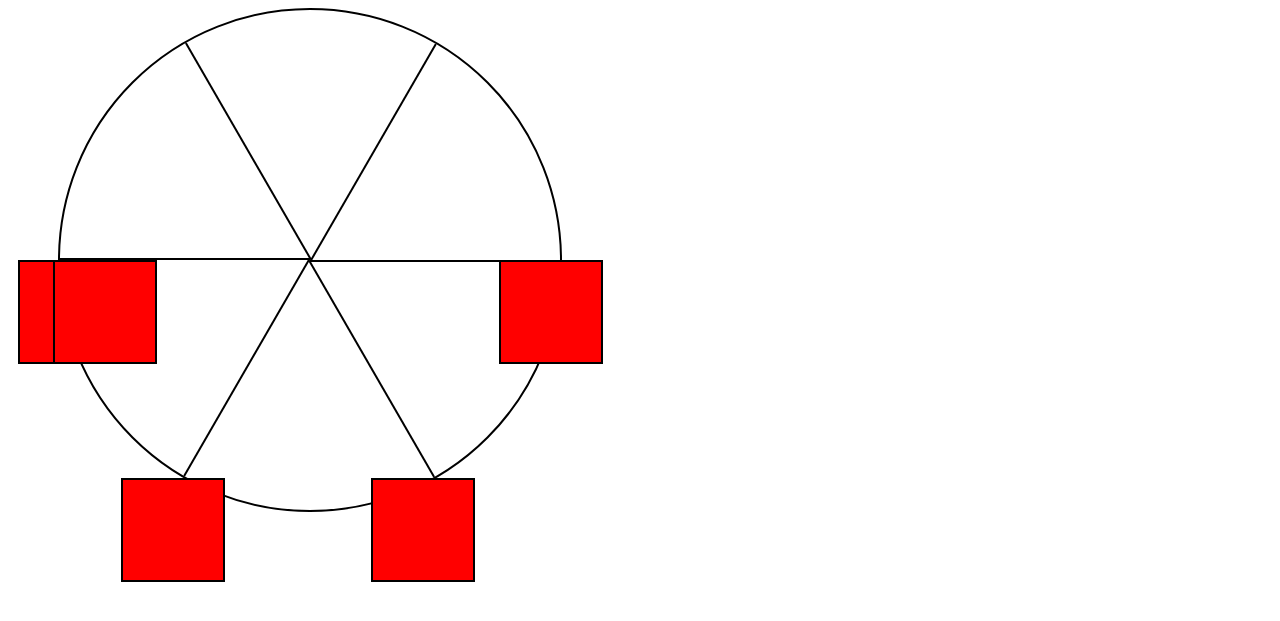
Repository: Lungdjos/ferris_wheel
Page: index.html
An editor plug-in stored every save of this project. The page is shown before and after a run of saves, followed by the edit.
The browser window is 1280 px wide. The pictures show the whole page.

Above is the page before, as saved 2024-01-11 09:21:49.

### index.html
<!DOCTYPE html>
<html lang="en">

<head>
    <meta charset="UTF-8">
    <meta name="viewport" content="width=device-width, initial-scale=1.0">
    <title>Ferris Wheel</title>
    <link rel="stylesheet" href="./styles.css">
</head>

<body>
    <div class="wheel">
        <span class="line"></span>
        <span class="line"></span>
        <span class="line"></span>
        <span class="line"></span>
        <span class="line"></span>
        <span class="line"></span>
        <div class="cabin"></div>
        <div class="cabin"></div>
        <div class="cabin"></div>
        <div class="cabin"></div>
        <div class="cabin"></div>
        <div class="cabin"></div>
    </div>

</body>

</html>

### styles.css
/* styling for the wheel */

.wheel {
    border: 2px solid black;
    border-radius: 50%;
    margin-left: 50px;
    position: absolute;
    height: 55vw;
    width: 55vw;
    max-width: 500px;
    max-height: 500px;
}


/* styling for the line */

.line {
    background-color: black;
    height: 2px;
    width: 50%;
    top: 50%;
    left: 50%;
    position: absolute;
    transform-origin: 0% 0%;
}

.line:nth-of-type(2) {
    transform: rotate(60deg);
}

.line:nth-of-type(3) {
    transform: rotate(120deg);
}

.line:nth-of-type(4) {
    transform: rotate(180deg);
}

.line:nth-of-type(5) {
    transform: rotate(240deg);
}

.line:nth-of-type(6) {
    transform: rotate(-60deg);
}


/* styling for the cabin */

.cabin {
    background-color: red;
    width: 20%;
    height: 20%;
    border: 2px solid;
    position: absolute;
    transform-origin: 50% 0%;
}

.cabin:nth-of-type(1) {
    right: -8.5%;
    top: 50%;
}

.cabin:nth-of-type(2) {
    right: 17%;
    top: 93.5%;
}

.cabin:nth-of-type(3) {
    right: 67%;
    top: 93.5%;
}

.cabin:nth-of-type(4) {
    left: -8.5%;
    top: 50%;
}

.cabin:nth-of-type(5) {
    left: -8.5%;
    top: 50%;
}

.cabin:nth-of-type(6) {
    left: -1.5%;
    top: 50%;
}

After the next 2 saves:
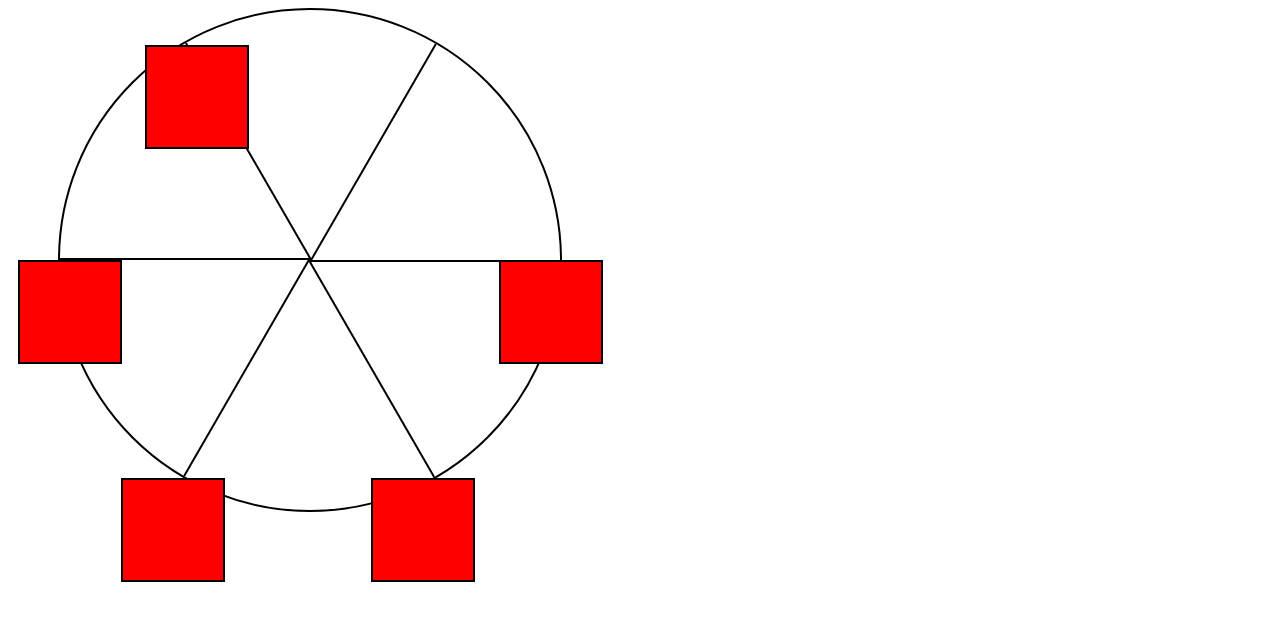
The 2 saves are shown as one change because they came seconds apart.
The last was saved 12 s later.
--- a/styles.css
+++ b/styles.css
@@ -82,6 +82,6 @@
 }
 
 .cabin:nth-of-type(6) {
-    left: -1.5%;
-    top: 50%;
+    left: 17%;
+    top: 7%;
 }
